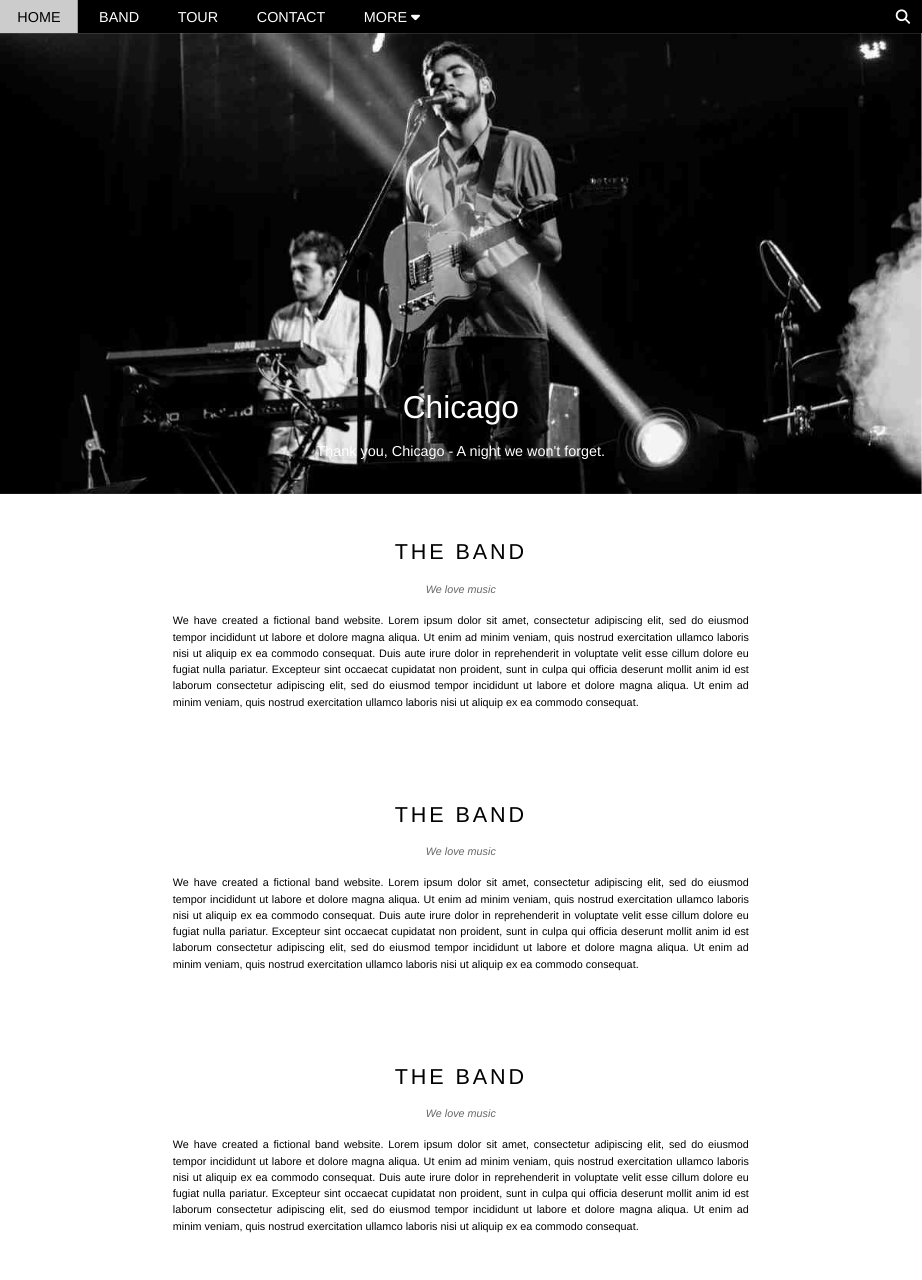
Repository: nugort/nugort.github.io
Page: f8/the-band/index.html
An editor plug-in stored every save of this project. The page is shown before and after the next save, followed by the edit.
The browser window is 1280 px wide. The pictures show the whole page, at 72% of full size.
Some web libraries are served in a nearby version.

Above is the page before, as saved 2022-02-08 03:38:57.

After the next save:
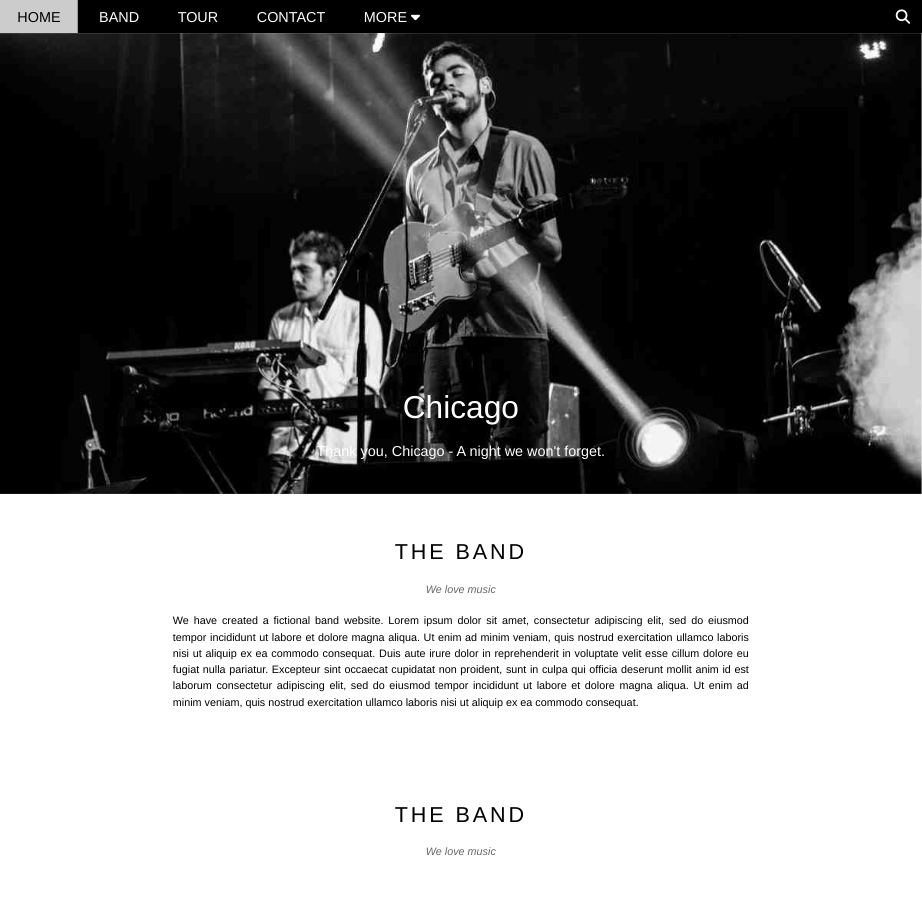
Saved 28 s later.
--- a/f8/the-band/index.html
+++ b/f8/the-band/index.html
@@ -91,32 +91,6 @@
                 <p class="content-section-slogan">
                     We love music
                 </p>
-                <p class="about-content-section content">We have created a fictional band website. Lorem ipsum dolor sit
-                    amet, consectetur adipiscing elit, sed do eiusmod tempor incididunt ut labore et dolore magna
-                    aliqua. Ut enim ad minim veniam, quis nostrud exercitation ullamco laboris nisi ut aliquip ex ea
-                    commodo consequat. Duis aute irure dolor in reprehenderit in voluptate velit esse cillum dolore eu
-                    fugiat nulla pariatur. Excepteur sint occaecat cupidatat non proident, sunt in culpa qui officia
-                    deserunt mollit anim id est laborum consectetur adipiscing elit, sed do eiusmod tempor incididunt ut
-                    labore et dolore magna aliqua. Ut enim ad minim veniam, quis nostrud exercitation ullamco laboris
-                    nisi ut aliquip ex ea commodo consequat.</p>
-            </div>
-
-            <!-- Contact -->
-            <div class="content-section">
-                <h2 class="content-section-title">
-                    The Band
-                </h2>
-                <p class="content-section-slogan">
-                    We love music
-                </p>
-                <p class="about-content-section content">We have created a fictional band website. Lorem ipsum dolor sit
-                    amet, consectetur adipiscing elit, sed do eiusmod tempor incididunt ut labore et dolore magna
-                    aliqua. Ut enim ad minim veniam, quis nostrud exercitation ullamco laboris nisi ut aliquip ex ea
-                    commodo consequat. Duis aute irure dolor in reprehenderit in voluptate velit esse cillum dolore eu
-                    fugiat nulla pariatur. Excepteur sint occaecat cupidatat non proident, sunt in culpa qui officia
-                    deserunt mollit anim id est laborum consectetur adipiscing elit, sed do eiusmod tempor incididunt ut
-                    labore et dolore magna aliqua. Ut enim ad minim veniam, quis nostrud exercitation ullamco laboris
-                    nisi ut aliquip ex ea commodo consequat.</p>
             </div>
         </div>
 
